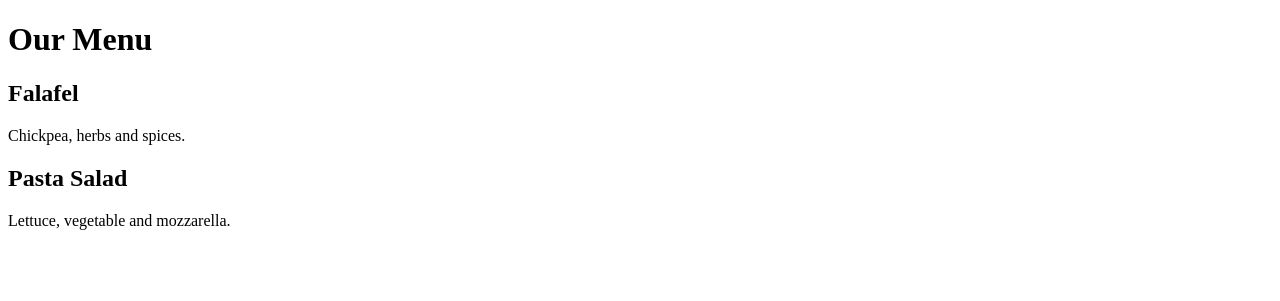
Repository: rajregmi98/metaintroductiontobackend
Page: index.html
These files come from the project's save history. The page is drawn as it stood at one moment and after the next save; the edit follows.
The browser window is 1280 px wide. The pictures show the whole page.

Above is the page before, as saved 2022-09-19 10:42:15.

After the next save:
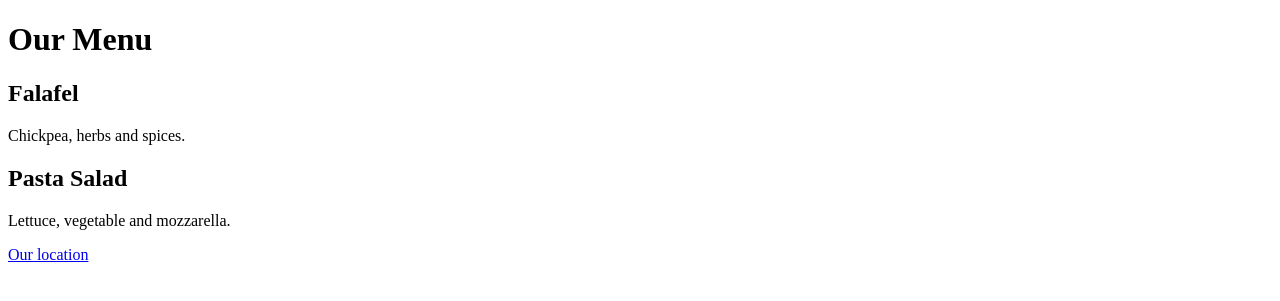
Saved 50 s later.
--- a/index.html
+++ b/index.html
@@ -13,5 +13,6 @@
     <p>Chickpea, herbs and spices.</p>
     <h2>Pasta Salad</h2>
     <p> Lettuce, vegetable and mozzarella.</p>
+    <a href="location.html"> Our location</a>
 </body>
 </html>
